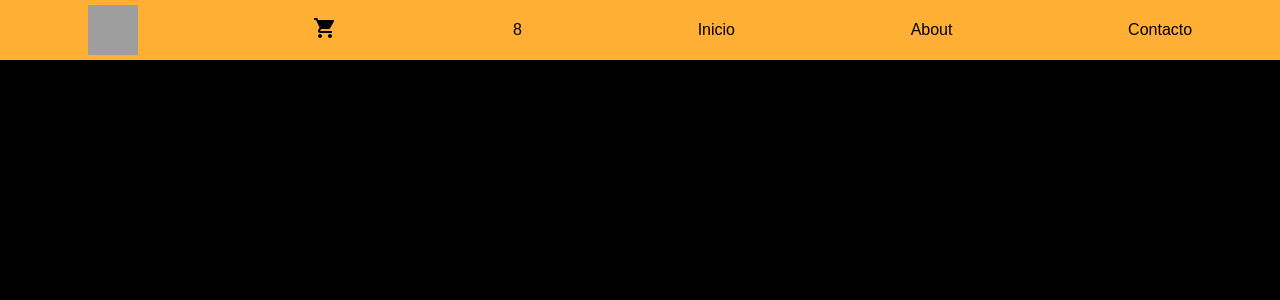
Repository: Toydrum/React-HectorCoronado
Page: /About
An editor plug-in stored every save of this project. The page is shown before and after the next save, followed by the edit.
The browser window is 1280 px wide. The pictures show the whole page.
Pictures or frames that could not be fetched are drawn as grey boxes. The page's requests for data from a server got no answer. The project was rebuilt for these pictures with package versions that can differ from the ones it lists, and the page was loaded fresh each time. No one was signed in, and anything a server would have sent is missing. Also part of the build but not shown: src/components/CardUser/CardUser.jsx.

Above is the page before, as saved 2023-06-17 04:01:25.

### src/index.css
body {
  margin: 0;
  font-family: -apple-system, BlinkMacSystemFont, 'Segoe UI', 'Roboto', 'Oxygen',
    'Ubuntu', 'Cantarell', 'Fira Sans', 'Droid Sans', 'Helvetica Neue',
    sans-serif;
  -webkit-font-smoothing: antialiased;
  -moz-osx-font-smoothing: grayscale;
  background-color:black;
}

code {
  font-family: source-code-pro, Menlo, Monaco, Consolas, 'Courier New',
    monospace;
}

### src/App.jsx
import React from 'react'
import './App.css';

//Components
import NavBar from "./components/Navbar/Navbar"
//import CardUser from "./components/CardUser/CardUser"
import CardList from "./components/CardList/CardList"

function App() {
  return (
    <div className="App">
      <NavBar />
      <div className='Cards-Container'>
        <CardList/>
      </div>
    </div>
  );
}

export default App;

### src/App.css
.App {
  display: flex;
  flex-direction: column;
  justify-content: center;
}

.Cards-Container{
  display: flex;
  width: 100%;
  justify-content: center;
}

### src/components/Navbar/Navbar.jsx
import React from "react";
import "./Navbar.css";
import ItemListContainer from "../Contenedor/ItemListContainer";
import CartWidget from "../CartWidged/CartWidget";
import logo from "./cat-logo.svg";
const styles = {
  NavBar: {
    display: "flex",
    justifyContent: "space-around",
    alignItems: "center",
    listStyleType: "none",
    fontFamily: "sans-serif",
    backgroundColor: "#FFAF33",
    margin: 0,
    padding: 0,
    height: 60,
  },
};

const NavBar = () => {
  return (
    <>
      <nav>
        <ul style={styles.NavBar}>
          <img src={logo} className="catLogo" alt="gatito" />
          <CartWidget />
          <ItemListContainer contador="8" />
          <li>
            <a className="link" href="https://www.google.com.mx/?hl=es">
              Inicio
            </a>
          </li>
          <li>
            <a className="link" href="https://www.google.com.mx/?hl=es">
              About
            </a>
          </li>
          <li>
            <a className="link" href="https://www.google.com.mx/?hl=es">
              Contacto
            </a>
          </li>
        </ul>
      </nav>
    </>
  );
};

export default NavBar;

### src/components/CardList/CardList.jsx
import React, { useState, useEffect } from "react";
import CardUser from "../CardUser/CardUser";
import "./CardList.css";

const CardList = () => {
  const [users, setUsers] = useState([]);

  useEffect(() => {
    fetch("https://648d19168620b8bae7ed8d6a.mockapi.io/api/bugs")
      .then((response) => response.json())
      .then((data) => setUsers(data));
  }, []);

  return (
    <div className="Cards-List">
      {users.map((user) => {
        return (
          <div key={user.id}>
            <CardUser data={user} />
          </div>
        );
      })}
    </div>
  );
};

export default CardList;

### src/components/Navbar/Navbar.css
/* img {
height: auto;
width: auto;

} */

.link{
  text-decoration: none;
  color: black;

}

.catLogo{
  height: 50px;
  width: 50px;
}

### src/components/Contenedor/ItemListContainer.js
import React from 'react'

const ItemListContainer = (props) =>{
  return(
    <p>{props.contador}</p>

  )
}



export default ItemListContainer

### src/components/CartWidged/CartWidget.jsx
import React from 'react'
import ShoppingCartIcon from '@mui/icons-material/ShoppingCart';
const cart = () => {
  return (
    <div>
      <a href ="https://www.google.com.mx/?hl=es"style= {{color:"black"}}><ShoppingCartIcon/></a>
    </div>
  )
}

export default cart

### src/components/CardList/CardList.css
.Cards-List{
  display: grid;
  justify-content: space-around;
  align-content: space-around;
  align-items: center;
  grid-template-columns: 1fr 1fr 1fr;
}

Loaded but not shown: public/index.html (common file); src/index.js (common file)

After the next save:
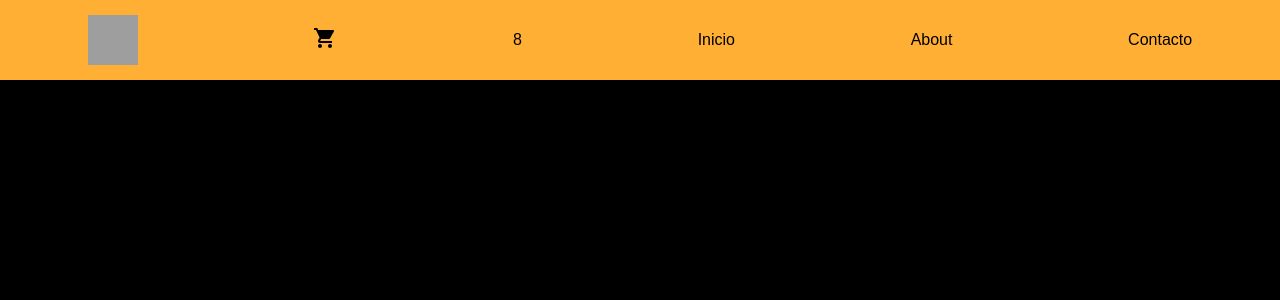
Saved 54 s later.
--- a/src/components/Navbar/Navbar.jsx
+++ b/src/components/Navbar/Navbar.jsx
@@ -13,7 +13,7 @@ const styles = {
     backgroundColor: "#FFAF33",
     margin: 0,
     padding: 0,
-    height: 60,
+    height: 80,
   },
 };
 
